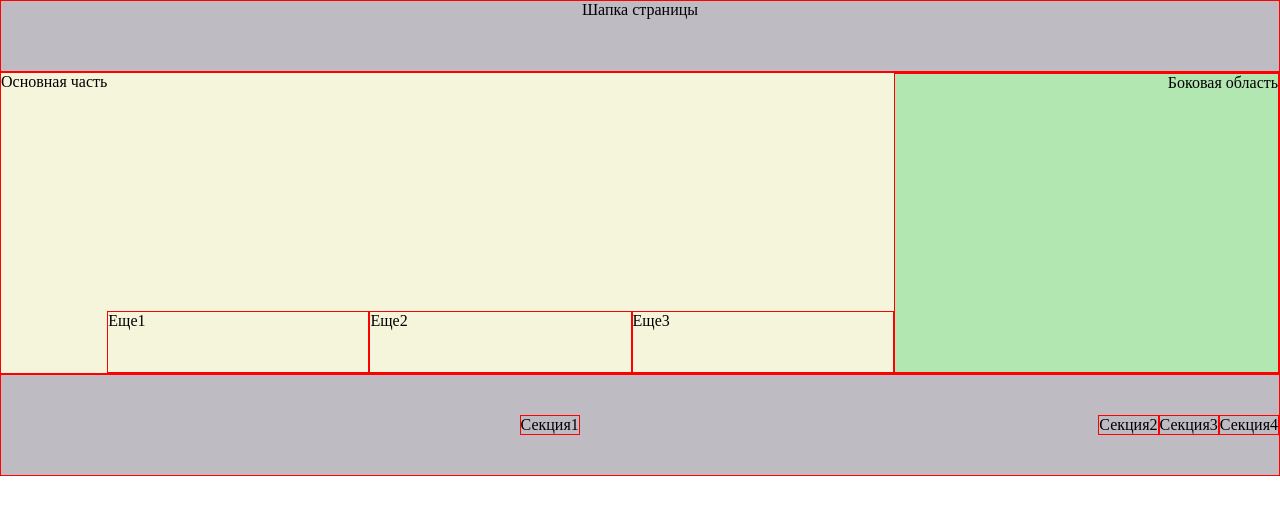
Repository: IrinaGetmanenko/week5
Page: week5/index.html
The author's editor kept a copy of each file at every save. The page is drawn from the files as they stood at one save, then again after the next save.
The browser window is 1280 px wide. The pictures show the whole page.

Above is the page before, as saved 2022-08-28 19:56:55.

### week5/index.html
<!DOCTYPE html>
<html lang="en">
<head>
    <meta charset="UTF-8">
    <meta http-equiv="X-UA-Compatible" content="IE=edge">
    <meta name="viewport" content="width=device-width, initial-scale=1.0">
    <link rel="stylesheet" href="normalize.css">
    <title>Document</title>
    <style>
    .container{
        display: flex;
        justify-content: center;
        flex-wrap: wrap;

    }

    .h1{
        display: flex;
        justify-content: center;
        border: 1px solid red;
        height: 70px;
        background-color: #bfbbc3;
    }

    .container-2{
        display: flex;
        justify-content: center;
        border: 1px solid red;
        background-color: beige;
        height: 300px;
        flex-wrap: wrap;

    }
    .section1{
        flex: auto;
        border: 1px solid red;
        align-self: flex-end;
        height: 20%;

    }
    .section2{
        flex: auto;
        border: 1px solid red;
        align-self: flex-end;
        height: 20%;
    }

    .section3{
        flex: auto;
        border: 1px solid red;
        align-self: flex-end;
        height: 20%;
    }
    .aside{
        display: flex;
        justify-content: flex-end;
        border: 1px solid red;
        background-color: rgb(178, 231, 178);
        width: 30%;



    }
    .footer{
        display: flex;
        justify-content: space-around;
        border: 1px solid red;
        height: 100px;
        background-color: #bfbbc3;
        flex-wrap: wrap;
    }
.f1{
    border: 1px solid red;
    align-self: center;
    margin: auto;


}
.f2{
    border: 1px solid red;
    align-self: center;
}
.f3{
    border: 1px solid red;
    align-self: center;
}
.f4{
    border: 1px solid red;
    align-self: center;
}
    </style>
</head>
<body class="container-1">
    <header class="h1" >Шапка страницы</header>

<main>
<main class="container-2">Основная часть
<main class="section1">Eще1</main>
<main class="section2">Еще2</main>
<main class="section3">Еще3</main>
<aside class="aside">Боковая область</aside>
</main>

</main>

<footer class="footer">
       <footer class="f1">Секция1</footer>
       <footer class="f2">Секция2</footer>
       <footer class="f3">Секция3</footer>
       <footer class="f4">Секция4</footer>
</footer>

</body>
</html>

Loaded but not shown: week5/normalize.css (library)

After the next save:
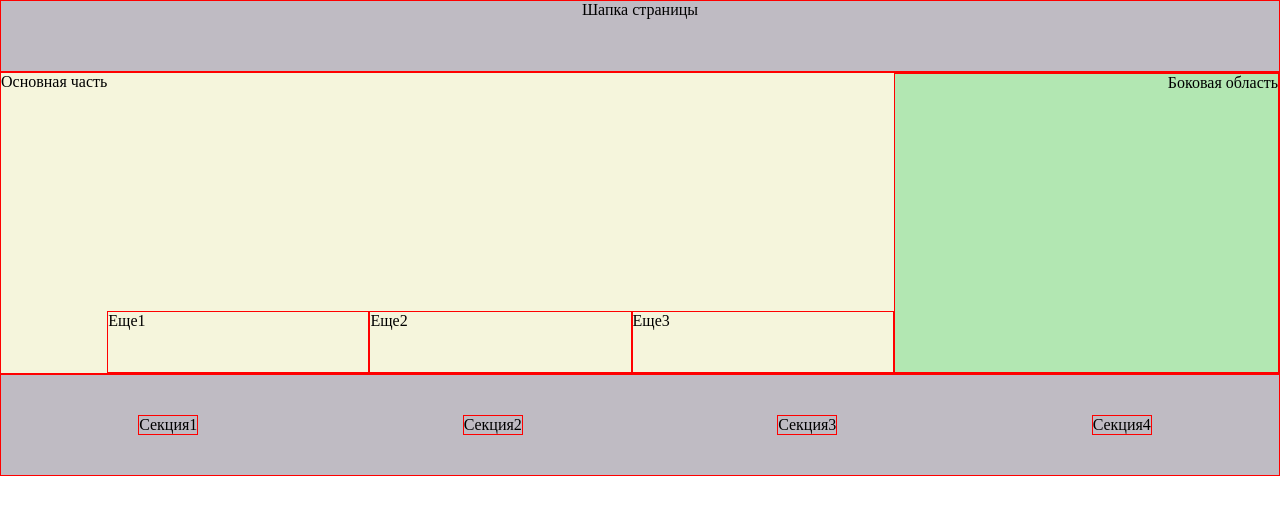
Saved 12 s later.
--- a/week5/index.html
+++ b/week5/index.html
@@ -72,7 +72,7 @@
 .f1{
     border: 1px solid red;
     align-self: center;
-    margin: auto;
+    margin: 10px;
 
 
 }
